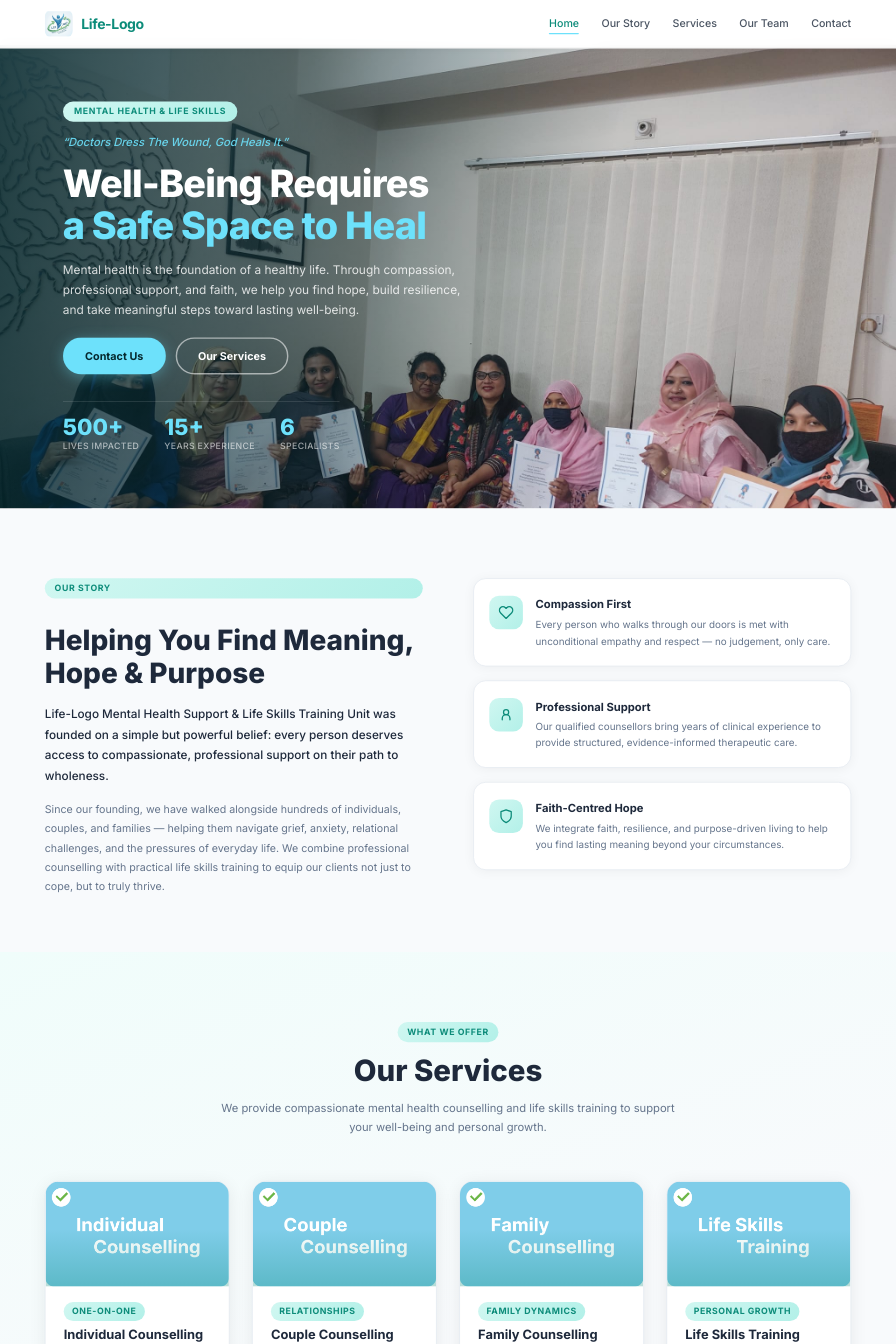
Repository: Tan47s/Lifelogo
Page: /
An editor plug-in stored every save of this project. The page is shown before and after the next save, followed by the edit.
The browser window is 1280 px wide. The pictures show the part of the page from y = 0 to 1920 px (the page is 6284 px tall), at 70% of full size.
The project was rebuilt for these pictures with package versions that can differ from the ones it lists, and the page was loaded fresh each time. Also part of the build but not shown: vite.config.js.

Above is the page before, as saved 2026-08-24 12:29:55.

### index.html
<!doctype html>
<html lang="en">
  <head>
    <meta charset="UTF-8" />
    <link rel="icon" type="image/svg+xml" href="/favicon.svg" />
    <meta name="viewport" content="width=device-width, initial-scale=1.0" />
    <title>Life-Logo | Mental Health Counselling &amp; Life Skills</title>
    <meta name="description" content="Life-Logo Mental Health Support &amp; Life Skills Training Unit — professional counselling, resilience coaching, and compassionate support to help you find meaning, hope, and purpose." />
    <meta property="og:title" content="Life-Logo | Mental Health Counselling &amp; Life Skills" />
    <meta property="og:description" content="Professional counselling and life skills training to support your well-being and personal growth." />
    <meta property="og:type" content="website" />
  </head>
  <body>
    <div id="root"></div>
    <script type="module" src="/src/main.jsx"></script>
  </body>
</html>

### src/main.jsx
import { StrictMode } from 'react'
import { createRoot } from 'react-dom/client'

import { App } from './App.jsx'


createRoot(document.getElementById('root')).render(
  <StrictMode>
    <App />
  </StrictMode>,
)

### src/App.jsx
import React from 'react'
import { Header } from './comp/Header'
import { Herocon } from './comp/Herocon'
import { Contents2 } from './comp/Contents2'
import { Service2 } from './comp/Service2'
import { Counsellors } from './comp/Counsellors'
import { Contact } from './comp/Contact'
import { Footer } from './comp/Footer'
import Workshop from './comp/Workshop'
export const App = () => {
  return (
    <div>
      <Header/>
      <Herocon/>
      <Contents2/>
      <Service2/>
      <Workshop/>
      <Counsellors/>
      <Contact/>
      <Footer/>
    </div>
  )
}

### src/comp/Herocon.jsx
import './herocon.css'
import Hero from '../assets/hero3.jpg'
import bg from '../assets/workshop/ww1.jpeg'
const stats = [
  { value: '500+', label: 'Lives Impacted' },
  { value: '15+', label: 'Years Experience' },
  { value: '6',   label: 'Specialists' },
]

export const Herocon = () => {
  const scrollTo = (id) => {
    const el = document.getElementById(id)
    if (el) el.scrollIntoView({ behavior: 'smooth' })
  }

  return (
    <section
      id="home"
      className="hero-section"
      style={{ backgroundImage: `url(${bg})` }}
    >
      {/* layered overlay */}
      <div className="hero-overlay" />

      <div className="hero-content">
        {/* eyebrow badge */}
        <span className="hero-badge">Mental Health &amp; Life Skills</span>

        {/* quote */}
        <p className="hero-quote">
          &ldquo;Doctors Dress The Wound, God Heals It.&rdquo;
        </p>

        {/* headline */}
        <h1 className="hero-headline">
          Well-Being Requires<br />
          <span className="hero-headline-accent">a Safe Space to Heal</span>
        </h1>

        {/* sub-text */}
        <p className="hero-sub">
          Mental health is the foundation of a healthy life. Through compassion,
          professional support, and faith, we help you find hope, build
          resilience, and take meaningful steps toward lasting well-being.
        </p>

        {/* CTAs */}
        <div className="hero-ctas">
          <button
            id="hero-contact-btn"
            className="hero-btn hero-btn--primary"
            onClick={() => scrollTo('contact')}
          >
            Contact Us
          </button>
          <button
            id="hero-services-btn"
            className="hero-btn hero-btn--ghost"
            onClick={() => scrollTo('services')}
          >
            Our Services
          </button>
        </div>

        {/* Stats strip */}
        <div className="hero-stats">
          {stats.map((s, i) => (
            <div className="hero-stat" key={i}>
              <span className="hero-stat-value">{s.value}</span>
              <span className="hero-stat-label">{s.label}</span>
            </div>
          ))}
        </div>
      </div>
    </section>
  )
}

### src/comp/Contents2.jsx
import React from 'react'
import './Contents2.css'

const pillars = [
  {
    icon: (
      <svg viewBox="0 0 24 24" fill="none" stroke="currentColor" strokeWidth="2" strokeLinecap="round" strokeLinejoin="round">
        <path d="M20.84 4.61a5.5 5.5 0 0 0-7.78 0L12 5.67l-1.06-1.06a5.5 5.5 0 0 0-7.78 7.78l1.06 1.06L12 21.23l7.78-7.78 1.06-1.06a5.5 5.5 0 0 0 0-7.78z"/>
      </svg>
    ),
    title: 'Compassion First',
    desc: 'Every person who walks through our doors is met with unconditional empathy and respect — no judgement, only care.',
  },
  {
    icon: (
      <svg viewBox="0 0 24 24" fill="none" stroke="currentColor" strokeWidth="2" strokeLinecap="round" strokeLinejoin="round">
        <circle cx="12" cy="8" r="4"/>
        <path d="M6 20v-2a6 6 0 0 1 12 0v2"/>
      </svg>
    ),
    title: 'Professional Support',
    desc: 'Our qualified counsellors bring years of clinical experience to provide structured, evidence-informed therapeutic care.',
  },
  {
    icon: (
      <svg viewBox="0 0 24 24" fill="none" stroke="currentColor" strokeWidth="2" strokeLinecap="round" strokeLinejoin="round">
        <path d="M12 22s8-4 8-10V5l-8-3-8 3v7c0 6 8 10 8 10z"/>
      </svg>
    ),
    title: 'Faith-Centred Hope',
    desc: 'We integrate faith, resilience, and purpose-driven living to help you find lasting meaning beyond your circumstances.',
  },
]

export const Contents2 = () => {
  return (
    <section id="story" className="story-section">
      <div className="story-inner">

        {/* ---- Left column: text ---- */}
        <div className="story-text">
          <span className="section-badge">Our Story</span>
          <h2>Helping You Find Meaning, Hope &amp; Purpose</h2>
          <p className="story-lead">
            Life-Logo Mental Health Support &amp; Life Skills Training Unit was
            founded on a simple but powerful belief: every person deserves access
            to compassionate, professional support on their path to wholeness.
          </p>
          <p className="story-body">
            Since our founding, we have walked alongside hundreds of individuals,
            couples, and families — helping them navigate grief, anxiety, relational
            challenges, and the pressures of everyday life. We combine professional
            counselling with practical life skills training to equip our clients not
            just to cope, but to truly thrive.
          </p>
        </div>

        {/* ---- Right column: pillars ---- */}
        <div className="story-pillars">
          {pillars.map((p, i) => (
            <div className="story-pillar" key={i}>
              <div className="pillar-icon">{p.icon}</div>
              <div className="pillar-body">
                <h4>{p.title}</h4>
                <p>{p.desc}</p>
              </div>
            </div>
          ))}
        </div>

      </div>
    </section>
  )
}

### src/comp/Service2.jsx
import React from 'react'
import ser1 from '../assets/ser1.png'
import ser2 from '../assets/ser2.png'
import ser3 from '../assets/ser3.png'
import ser4 from '../assets/ser4.png'
import './Service2.css'

const services = [
  {
    img: ser1,
    title: 'Individual Counselling',
    tag: 'One-on-One',
    desc: 'A private, confidential space where you can explore personal challenges, process emotions, and develop healthier coping strategies with the guidance of a qualified counsellor.',
  },
  {
    img: ser2,
    title: 'Couple Counselling',
    tag: 'Relationships',
    desc: 'Helping couples navigate conflict, rebuild trust, and strengthen communication so they can grow together in a healthy, supportive partnership.',
  },
  {
    img: ser3,
    title: 'Family Counselling',
    tag: 'Family Dynamics',
    desc: 'We work with families to address relational tensions, improve understanding, and foster a home environment rooted in compassion and mutual respect.',
  },
  {
    img: ser4,
    title: 'Life Skills Training',
    tag: 'Personal Growth',
    desc: 'Practical workshops and coaching sessions that equip you with tools for resilience, emotional regulation, goal-setting, and purposeful living.',
  },
]

export const Service2 = () => {
  return (
    <section id="services" className="services-section">
      {/* Section Header */}
      <div className="services-header">
        <span className="section-badge">What We Offer</span>
        <h2>Our Services</h2>
        <p className="services-subtitle">
          We provide compassionate mental health counselling and life skills
          training to support your well-being and personal growth.
        </p>
      </div>

      {/* Cards Grid */}
      <div className="services-grid">
        {services.map((s, i) => (
          <div className="service-card" key={i}>
            <div className="service-img-wrap">
              <img src={s.img} alt={s.title} className="service-img" />
              <div className="service-img-overlay" />
            </div>
            <div className="service-info">
              <span className="service-tag">{s.tag}</span>
              <h3>{s.title}</h3>
              <p>{s.desc}</p>
            </div>
          </div>
        ))}
      </div>
    </section>
  )
}

### src/comp/Footer.jsx
import React from 'react'
import './Footer.css'
import logo from '../assets/logo.png'

export const Footer = () => {
  const year = new Date().getFullYear()

  const scrollTo = (id) => {
    const el = document.getElementById(id)
    if (el) el.scrollIntoView({ behavior: 'smooth' })
  }

  return (
    <footer className="footer">
      <div className="footer-inner">

        {/* Brand Column */}
        <div className="footer-brand">
          <div className="footer-logo-row">
            <img src={logo} alt="Life-Logo" className="footer-logo" />
            <span className="footer-name">Life-Logo</span>
          </div>
          <p className="footer-tagline">
            Mental Health Support &amp; Life Skills Training Unit — helping
            people discover meaning, hope, and purpose.
          </p>
        </div>

        {/* Quick Links */}
        <div className="footer-col">
          <h4>Quick Links</h4>
          <ul>
            {[
              { label: 'Home',        id: 'home' },
              { label: 'Our Story',   id: 'story' },
              { label: 'Services',    id: 'services' },
              { label: 'Our Team',    id: 'team' },
              { label: 'Contact',     id: 'contact' },
            ].map((l) => (
              <li key={l.id}>
                <button onClick={() => scrollTo(l.id)} className="footer-link">
                  {l.label}
                </button>
              </li>
            ))}
          </ul>
        </div>

        {/* Contact Column */}
        <div className="footer-col">
          <h4>Contact</h4>
          <ul className="footer-contact-list">
            <li>
              <span className="fc-icon">📍</span>
              House-19, Road-14, Sector-13, Uttara, Dhaka-1230, Bangladesh.
            </li>
            <li>
              <span className="fc-icon">📞</span>
              <a href="tel:+8801616190907">+8801616190907</a>
            </li>
            <li>
              <span className="fc-icon">✉️</span>
              <a href="mailto:lifelogo111@gmail.com">lifelogo111@gmail.com</a>
            </li>
            <li>
              <span className="fc-icon">💬</span>
              <a href="https://wa.me/233244567890" target="_blank" rel="noopener noreferrer">
                WhatsApp Us
              </a>
            </li>
          </ul>
        </div>

      </div>

      {/* Bottom Bar */}
      <div className="footer-bottom">
        <p>&copy; {year} Life-Logo Mental Health &amp; Life Skills. All rights reserved.</p>
        <p className="footer-note">Built with compassion 💚</p>
      </div>
    </footer>
  )
}

### src/Index.css

@import url('https://fonts.googleapis.com/css2?family=Inter:wght@100..900&display=swap');

:root {
  /* Brand */
  --primary: #6de1fb;        /* Teal from header */
  --primary-light: #02ff78;


  /* Logo greens */
  --green: #22C55E;
  --green-light: #DCFCE7;

  /* Blue accent */
  --blue: #38BDF8;
  --blue-light: #E0F2FE;

  /* Backgrounds */
  --background: #F8FAFC;
  --surface: #FFFFFF;

  /* Text */
  --text: #1E293B;
  --text-muted: #64748B;

  /* Borders */
  --border: #E2E8F0;
}

* {
  margin: 0;
  padding: 0;
  box-sizing: border-box;
  font-family: "Inter", sans-serif;
}

h1{
    font-weight: 800;
}

p{
    font-weight: 400;
}

### src/comp/Contents2.css
/* ============================================================
   OUR STORY SECTION
   ============================================================ */

.story-section {
  padding: 100px 5% 80px;
  background: var(--background);   /* #F8FAFC — same as Counsellors */
}

/* ---- Two-column inner wrapper ---- */
.story-inner {
  display: grid;
  grid-template-columns: 1fr 1fr;
  gap: 72px;
  max-width: 1200px;
  margin: 0 auto;
  align-items: start;
}

/* ========== LEFT: text column ========== */
.story-text {
  display: flex;
  flex-direction: column;
  gap: 20px;
}

.story-text h2 {
  font-size: clamp(26px, 3.5vw, 40px);
  font-weight: 800;
  color: var(--text);
  line-height: 1.18;
  margin: 0;
}

.story-lead {
  font-size: 1.05rem;
  color: var(--text);
  font-weight: 500;
  line-height: 1.75;
  margin: 0;
}

.story-body {
  font-size: 0.95rem;
  color: var(--text-muted);
  line-height: 1.8;
  margin: 0;
}

/* ========== RIGHT: pillars column ========== */
.story-pillars {
  display: flex;
  flex-direction: column;
  gap: 20px;
}

/* ---- Single pillar card ---- */
.story-pillar {
  display: flex;
  align-items: flex-start;
  gap: 18px;
  background: var(--surface);
  border: 1px solid var(--border);
  border-radius: 18px;
  padding: 24px 22px;
  box-shadow: 0 2px 16px rgba(0, 0, 0, 0.05);
  transition: transform 0.25s ease, box-shadow 0.25s ease;
}

.story-pillar:hover {
  transform: translateY(-4px);
  box-shadow: 0 8px 32px rgba(109, 225, 251, 0.18);
}

/* ---- Icon bubble ---- */
.pillar-icon {
  flex-shrink: 0;
  width: 48px;
  height: 48px;
  border-radius: 14px;
  background: linear-gradient(135deg, #d0f7f1, #b2f0e8);
  display: flex;
  align-items: center;
  justify-content: center;
  color: #0d8c7a;
}

.pillar-icon svg {
  width: 22px;
  height: 22px;
}

/* ---- Pillar text ---- */
.pillar-body {
  display: flex;
  flex-direction: column;
  gap: 5px;
}

.pillar-body h4 {
  font-size: 1rem;
  font-weight: 700;
  color: var(--text);
  margin: 0;
}

.pillar-body p {
  font-size: 0.88rem;
  color: var(--text-muted);
  line-height: 1.65;
  margin: 0;
}

/* ---- Responsive ---- */
@media (max-width: 860px) {
  .story-inner {
    grid-template-columns: 1fr;
    gap: 48px;
  }
}

@media (max-width: 640px) {
  .story-section {
    padding: 70px 5% 60px;
  }
}

### src/comp/Service2.css
/* ============================================================
   SERVICES SECTION  —  mirrors Counsellors card style
   ============================================================ */

.services-section {
  padding: 100px 5% 80px;
  background: linear-gradient(160deg, #f0fdfb 0%, #f8fafc 60%);
}

/* --- Header --- */
.services-header {
  text-align: center;
  max-width: 660px;
  margin: 0 auto 64px;
}

.services-header h2 {
  font-size: clamp(28px, 4vw, 42px);
  font-weight: 800;
  color: var(--text);
  margin-bottom: 16px;
  line-height: 1.15;
}

.services-subtitle {
  font-size: 1rem;
  color: var(--text-muted);
  line-height: 1.7;
}

/* --- Grid --- */
.services-grid {
  display: grid;
  grid-template-columns: repeat(auto-fit, minmax(260px, 1fr));
  gap: 32px;
  max-width: 1200px;
  margin: 0 auto;
}

/* --- Card --- */
.service-card {
  background: var(--surface);
  border-radius: 20px;
  overflow: hidden;
  box-shadow: 0 4px 24px rgba(0, 0, 0, 0.07);
  border: 1px solid var(--border);
  transition: transform 0.3s ease, box-shadow 0.3s ease;
}

.service-card:hover {
  transform: translateY(-8px);
  box-shadow: 0 12px 40px rgba(109, 225, 251, 0.25);
}

/* --- Image wrapper --- */
.service-img-wrap {
  position: relative;
  width: 100%;
  height: 150px;
  overflow: hidden;
}

.service-img {
  width: 100%;
  height: 100%;
  object-fit: cover;
  object-position: center;
  transition: transform 0.4s ease;
}

.service-card:hover .service-img {
  transform: scale(1.05);
}

.service-img-overlay {
  position: absolute;
  inset: 0;
  background: linear-gradient(to top, rgba(13, 140, 122, 0.3) 0%, transparent 55%);
  pointer-events: none;
}

/* --- Info block --- */
.service-info {
  padding: 22px 26px 28px;
  display: flex;
  flex-direction: column;
  gap: 8px;
}

.service-tag {
  display: inline-block;
  background: linear-gradient(135deg, #d0f7f1, #b2f0e8);
  color: #0d8c7a;
  font-size: 0.78rem;
  font-weight: 700;
  letter-spacing: 0.06em;
  text-transform: uppercase;
  padding: 4px 12px;
  border-radius: 999px;
  align-self: flex-start;
}

.service-info h3 {
  font-size: 1.15rem;
  font-weight: 700;
  color: var(--text);
  margin: 0;
  line-height: 1.3;
}

.service-info p {
  font-size: 0.9rem;
  color: var(--text-muted);
  line-height: 1.75;
  margin: 0;
}

/* --- Responsive --- */
@media (max-width: 640px) {
  .services-section {
    padding: 70px 5% 60px;
  }

  .services-grid {
    grid-template-columns: 1fr;
  }
}

### src/comp/Counsellors.css
/* ============================================================
   COUNSELLORS SECTION
   ============================================================ */

.counsellors-section {
  padding: 100px 5% 80px;
  background: var(--background);
}

/* --- Header --- */
.counsellors-header {
  text-align: center;
  max-width: 660px;
  margin: 0 auto 64px;
}

.counsellors-header h2 {
  font-size: clamp(28px, 4vw, 42px);
  font-weight: 800;
  color: var(--text);
  margin-bottom: 16px;
  line-height: 1.15;
}

.counsellors-subtitle {
  font-size: 1rem;
  color: var(--text-muted);
  line-height: 1.7;
}

/* --- Badge --- */
.section-badge {
  display: inline-block;
  background: linear-gradient(135deg, #d0f7f1, #b2f0e8);
  color: #0d8c7a;
  font-size: 0.78rem;
  font-weight: 700;
  letter-spacing: 0.07em;
  text-transform: uppercase;
  padding: 5px 14px;
  border-radius: 999px;
  margin-bottom: 16px;
}

/* --- Grid --- */
.counsellors-grid {
  display: grid;
  grid-template-columns: repeat(3, 1fr);
  gap: 36px;
  max-width: 1200px;
  margin: 0 auto;
}

@media (max-width: 960px) {
  .counsellors-grid {
    grid-template-columns: repeat(2, 1fr);
  }
}

/* --- Card --- */
.counsellor-card {
  background: var(--surface);
  border-radius: 20px;
  overflow: hidden;
  box-shadow: 0 4px 24px rgba(0, 0, 0, 0.07);
  transition: transform 0.3s ease, box-shadow 0.3s ease;
  border: 1px solid var(--border);
}

.counsellor-card:hover {
  transform: translateY(-8px);
  box-shadow: 0 12px 40px rgba(109, 225, 251, 0.25);
}

/* --- Image wrapper --- */
.counsellor-img-wrap {
  position: relative;
  width: 100%;
  height: 280px;
  overflow: hidden;
}

.counsellor-img {
  width: 100%;
  height: 100%;
  object-fit: cover;
  object-position: top center;
  transition: transform 0.4s ease;
}

.counsellor-card:hover .counsellor-img {
  transform: scale(1.04);
}

.counsellor-img-overlay {
  position: absolute;
  inset: 0;
  background: linear-gradient(to top, rgba(13, 140, 122, 0.35) 0%, transparent 60%);
  pointer-events: none;
}

/* --- Info block --- */
.counsellor-info {
  padding: 24px 28px 30px;
}

.counsellor-info h3 {
  font-size: 1.2rem;
  font-weight: 700;
  color: var(--text);
  margin-bottom: 4px;
}

.counsellor-role {
  display: inline-block;
  font-size: 0.82rem;
  font-weight: 600;
  color: #0d8c7a;
  background: linear-gradient(135deg, #d0f7f1, #b2f0e8);
  padding: 3px 10px;
  border-radius: 999px;
  margin-bottom: 14px;
  letter-spacing: 0.02em;
}

.counsellor-info p {
  font-size: 0.9rem;
  color: var(--text-muted);
  line-height: 1.75;
}

/* --- Responsive --- */
@media (max-width: 640px) {
  .counsellors-section {
    padding: 70px 5% 60px;
  }

  .counsellors-grid {
    grid-template-columns: 1fr;
  }
}

### src/comp/Footer.css
/* ============================================================
   FOOTER
   ============================================================ */

.footer {
  background: linear-gradient(135deg, #0f2027, #203a43, #2c5364);
  color: rgba(255, 255, 255, 0.85);
  padding-top: 64px;
}

.footer-inner {
  max-width: 1100px;
  margin: 0 auto;
  padding: 0 5% 48px;
  display: grid;
  grid-template-columns: 1.6fr 1fr 1.2fr;
  gap: 48px;
}

/* --- Brand Column --- */
.footer-brand {}

.footer-logo-row {
  display: flex;
  align-items: center;
  gap: 12px;
  margin-bottom: 16px;
}

.footer-logo {
  width: 44px;
  height: 44px;
  object-fit: contain;
  border-radius: 10px;
  background: white;
  padding: 3px;
}

.footer-name {
  font-size: 1.3rem;
  font-weight: 800;
  color: var(--primary);
  letter-spacing: -0.02em;
}

.footer-tagline {
  font-size: 0.9rem;
  line-height: 1.7;
  color: rgba(255, 255, 255, 0.6);
  max-width: 300px;
}

/* --- Columns --- */
.footer-col h4 {
  font-size: 0.8rem;
  font-weight: 700;
  letter-spacing: 0.1em;
  text-transform: uppercase;
  color: var(--primary);
  margin-bottom: 18px;
}

.footer-col ul {
  list-style: none;
  padding: 0;
  margin: 0;
  display: flex;
  flex-direction: column;
  gap: 10px;
}

/* Quick links */
.footer-link {
  background: none;
  border: none;
  padding: 0;
  cursor: pointer;
  font-size: 0.9rem;
  color: rgba(255, 255, 255, 0.7);
  text-align: left;
  transition: color 0.2s ease;
  font-family: inherit;
}

.footer-link:hover {
  color: var(--primary);
}

/* Contact list */
.footer-contact-list li {
  display: flex;
  align-items: flex-start;
  gap: 10px;
  font-size: 0.88rem;
  color: rgba(255, 255, 255, 0.7);
  line-height: 1.55;
}

.footer-contact-list a {
  color: rgba(255, 255, 255, 0.7);
  text-decoration: none;
  transition: color 0.2s ease;
}

.footer-contact-list a:hover {
  color: var(--primary);
}

.fc-icon {
  flex-shrink: 0;
  font-size: 1rem;
  margin-top: 1px;
}

/* --- Bottom Bar --- */
.footer-bottom {
  border-top: 1px solid rgba(255, 255, 255, 0.1);
  padding: 20px 5%;
  display: flex;
  align-items: center;
  justify-content: space-between;
  max-width: 100%;
}

.footer-bottom p {
  font-size: 0.82rem;
  color: rgba(255, 255, 255, 0.45);
  margin: 0;
}

.footer-note {
  font-size: 0.82rem;
  color: rgba(255, 255, 255, 0.45);
}

/* --- Responsive --- */
@media (max-width: 860px) {
  .footer-inner {
    grid-template-columns: 1fr 1fr;
  }
  .footer-brand {
    grid-column: span 2;
  }
}

@media (max-width: 540px) {
  .footer-inner {
    grid-template-columns: 1fr;
  }
  .footer-brand {
    grid-column: span 1;
  }
  .footer-bottom {
    flex-direction: column;
    gap: 6px;
    text-align: center;
  }
}

Loaded but not shown: src/comp/Contact.jsx (114 lines, source omitted); src/comp/Counsellors.jsx (101 lines, source omitted); src/App.css (221 lines, source omitted); src/comp/herocon.css (189 lines, source omitted); src/comp/Contact.css (202 lines, source omitted); src/comp/Header.jsx (102 lines, source omitted); src/comp/Workshop.jsx (93 lines, source omitted)

After the next save:
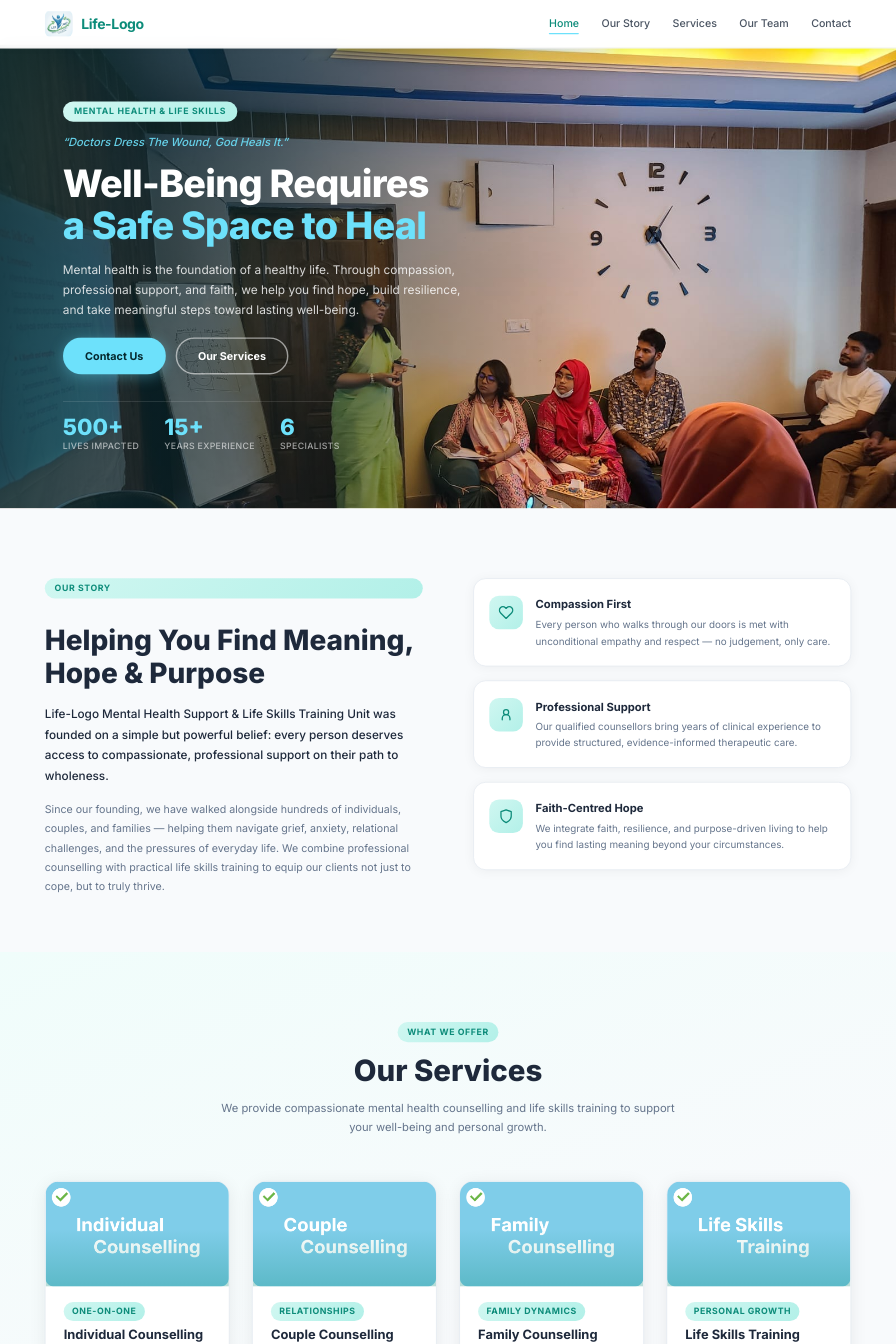
Saved 13 s later.
--- a/src/comp/Herocon.jsx
+++ b/src/comp/Herocon.jsx
@@ -1,6 +1,6 @@
 import './herocon.css'
 import Hero from '../assets/hero3.jpg'
-import bg from '../assets/workshop/ww1.jpeg'
+import bg from '../assets/workshop/ww3.jpeg'
 const stats = [
   { value: '500+', label: 'Lives Impacted' },
   { value: '15+', label: 'Years Experience' },
